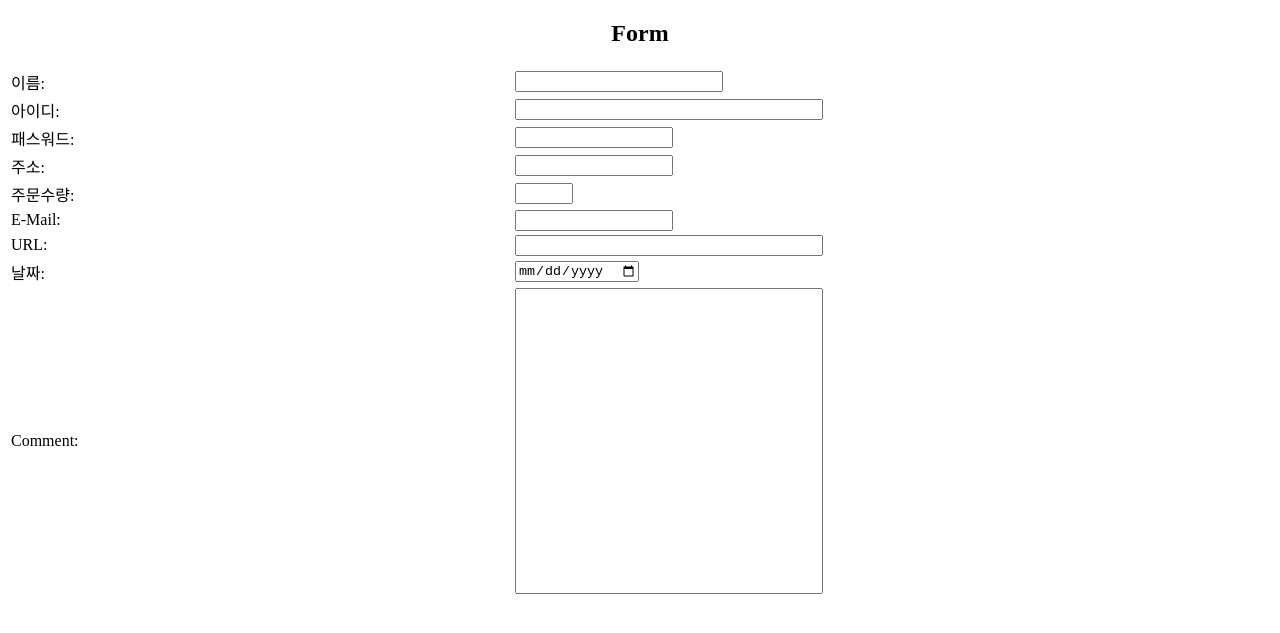
Repository: gyujin91/JSP
Page: web01/src/main/webapp/form.html
The author's editor kept a copy of each file at every save. The page is drawn from the files as they stood at one save, then again after the next save.
The browser window is 1280 px wide. The pictures show the whole page.

Above is the page before, as saved 2022-04-22 05:24:01.

After the next save:
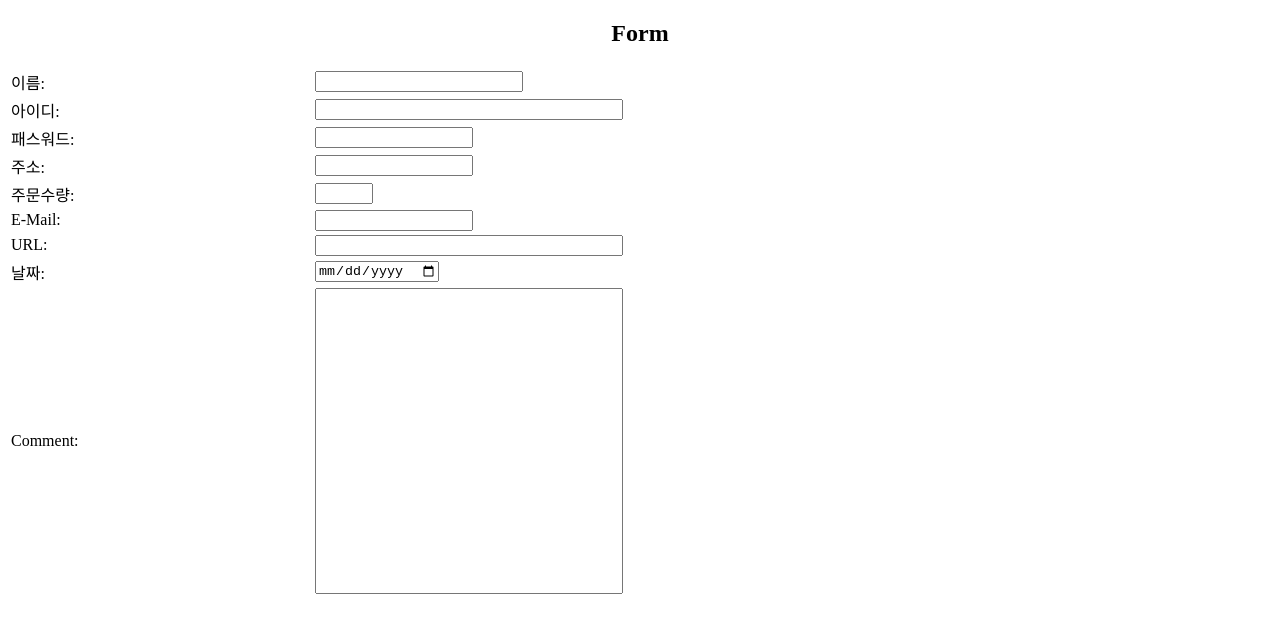
Saved 11 s later.
--- a/web01/src/main/webapp/form.html
+++ b/web01/src/main/webapp/form.html
@@ -13,7 +13,7 @@
 .input6{width:150px;}
 .input7{width:300px;}
 .input8{width: 300px; height: 300px;}
-.td1{width:500px}
+.td1{width:300px}
 </style>
 
 <title>Form Sample</title>
